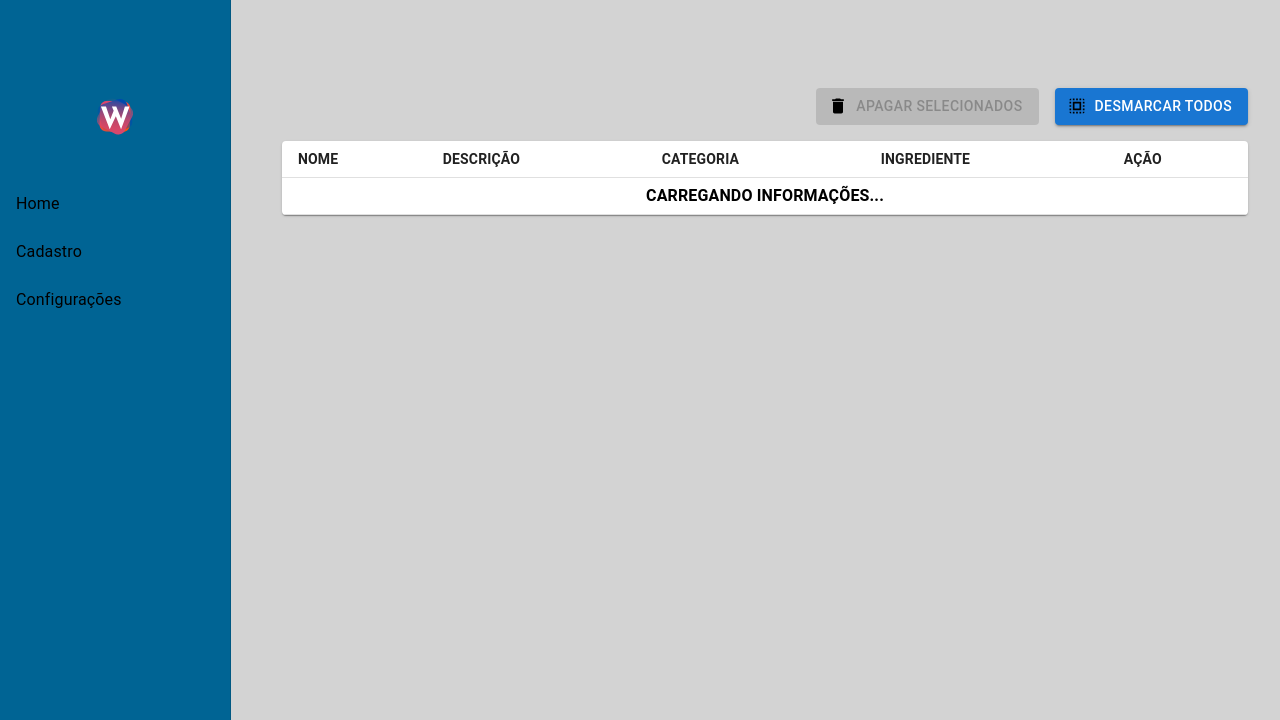
Repository: oZanella/projeto_windel_web_CRM
Page: /
The author's editor kept a copy of each file at every save. The page is drawn from the files as they stood at one save, then again after a run of saves.
The browser window is 1280 px wide. The pictures show the whole page.
The page's requests for data from a server got no answer. The project was rebuilt for these pictures with package versions that can differ from the ones it lists, and the page was loaded fresh each time. No one was signed in, and anything a server would have sent is missing. Also part of the build but not shown: vite.config.js, src/routes/Configuracoes.jsx. Imported but missing from the stored project, and not drawn on this page: src/routes/Cadastro.jsx.

Above is the page before, as saved 2024-08-19 08:57:32.

After the next 2 saves:
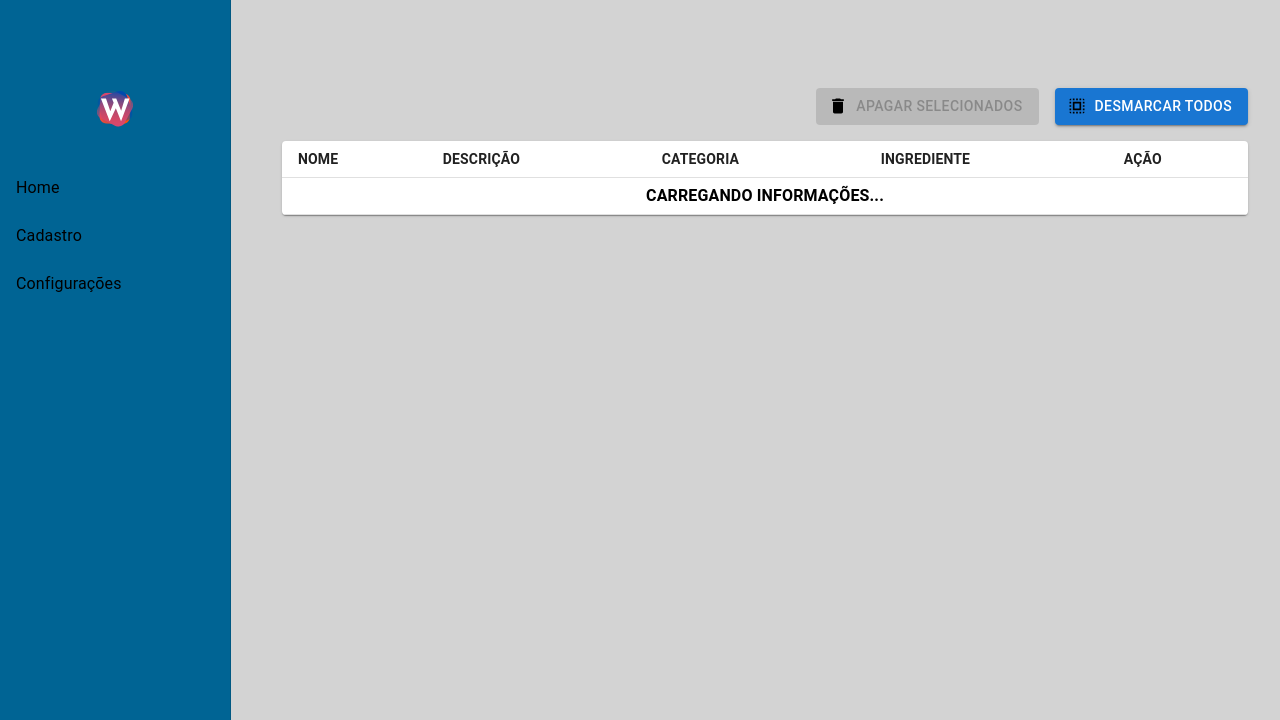
The 2 saves are shown as one change because they came seconds apart.
The last was saved 8 s later.
--- a/src/components/Header.jsx
+++ b/src/components/Header.jsx
@@ -107,7 +107,7 @@ export const Header = () => {
       >
         <Toolbar />
 
-        <Box sx={{ padding: 2, display: 'flex', flexDirection: 'column', alignItems: 'center' }}>
+        <Box sx={{ padding: 1, display: 'flex', flexDirection: 'column', alignItems: 'center' }}>
           <IconButton
             to={`/home`}
             sx={{ cursor: 'default' }}
